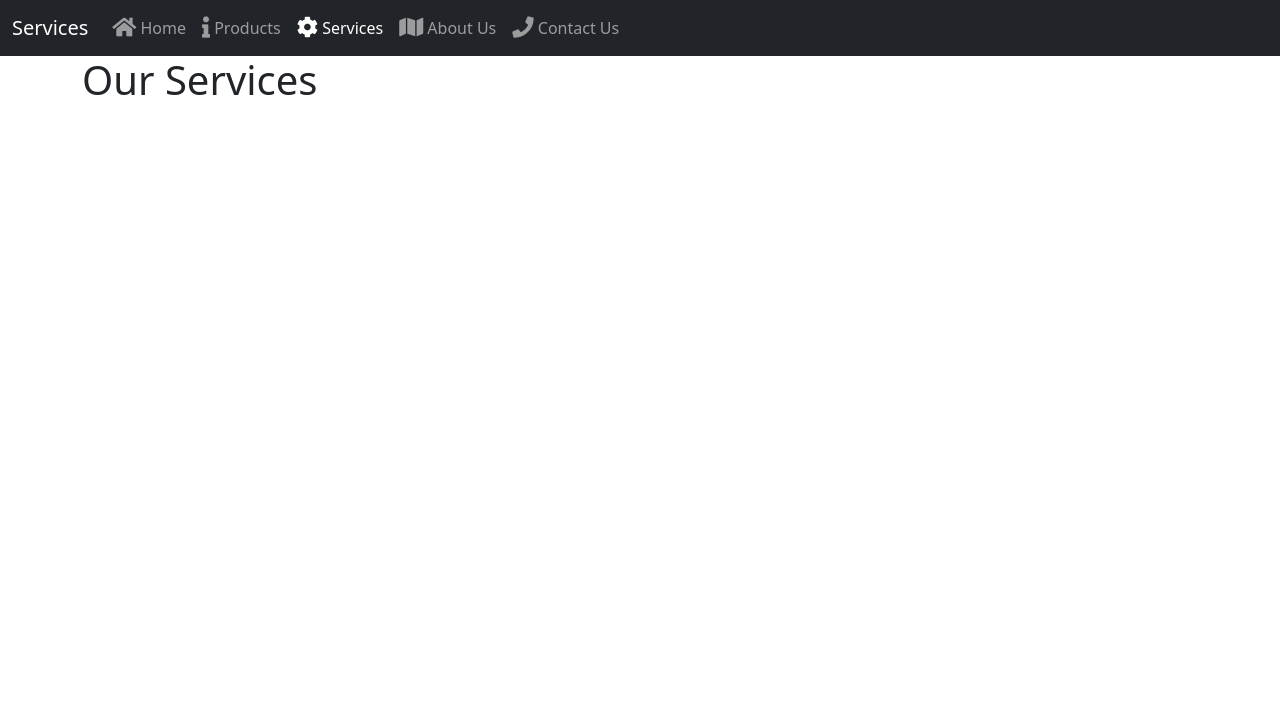
Repository: deividwsantoss/web6201-Lab1
Page: services.html
The author's editor kept a copy of each file at every save. The page is drawn from the files as they stood at one save, then again after the next save.
The browser window is 1280 px wide. The pictures show the whole page.

Above is the page before, as saved 2021-02-02 17:39:44.

After the next save:
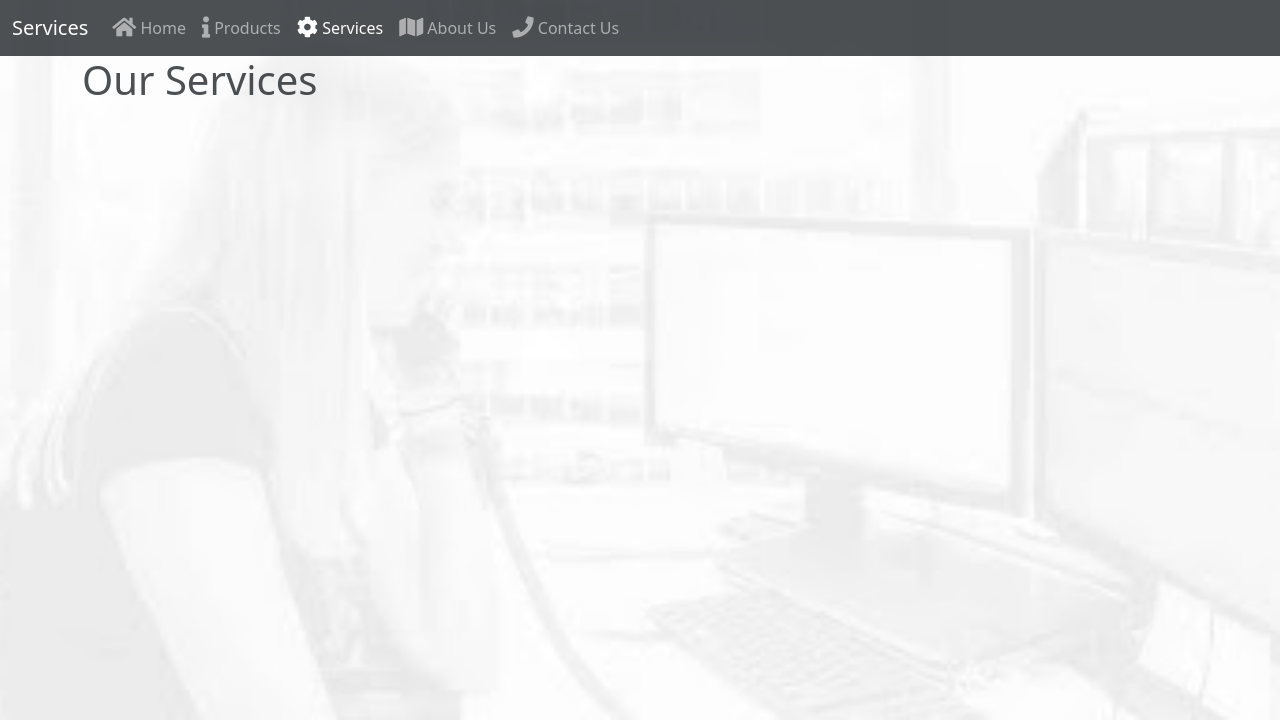
Saved 22 s later.
--- a/services.html
+++ b/services.html
@@ -10,7 +10,7 @@
 <link rel="stylesheet" href="./node_modules/@fortawesome/fontawesome-free/css/all.min.css">
 <link rel="stylesheet" href="./Content/app.css">
 
-<body class="servicesbg">
+<body class="servicesbackgroud">
     <!-- Main Header-->
     <header>
         <nav class="navbar navbar-expand-lg navbar-dark bg-dark">
